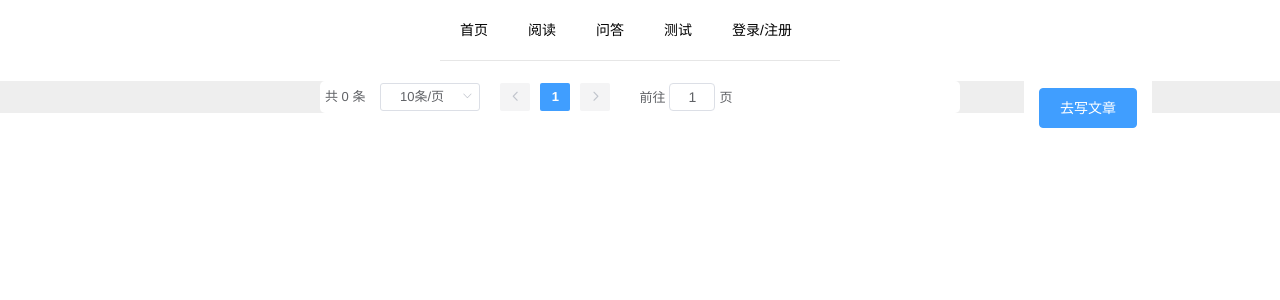
Repository: shengligo/xyx_vue_v1
Page: /read
An editor plug-in stored every save of this project. The page is shown before and after the next save, followed by the edit.
The browser window is 1280 px wide. The pictures show the whole page.
The page's requests for data from a server got no answer. The project was rebuilt for these pictures with package versions that can differ from the ones it lists, and the page was loaded fresh each time. No one was signed in, and anything a server would have sent is missing. Also part of the build but not shown: vue.config.js, src/views/home/childComps/Art.vue, src/views/author/authors.vue.

Above is the page before, as saved 2021-09-04 14:36:51.

### public/index.html
<!DOCTYPE html>
<html lang="">
  <head>
    <meta charset="utf-8">
    <meta http-equiv="X-UA-Compatible" content="IE=edge">
    <meta name="viewport" content="width=device-width,initial-scale=1.0">
    <link rel="icon" href="<%= BASE_URL %>favicon.ico">
    <title>project0000001</title>
  </head>
  <body>
    <noscript>
      <strong>We're sorry but <%= htmlWebpackPlugin.options.title %> doesn't work properly without JavaScript enabled. Please enable it to continue.</strong>
    </noscript>
    <div id="app"></div>
    <!-- built files will be auto injected -->
  </body>
</html>

### src/main.js
import Vue from 'vue'
import App from './App.vue'
import router from './router'
import store from './store'
import 'element-ui/lib/theme-chalk/index.css';
import axios from "axios";
axios.defaults.baseURL = "/api"; // http://10.1.2.85:8091/essay
axios.defaults.headers.common["Content-Type"] ="application/json;charset=UTF-8";
axios.defaults.withCredentials = true // 表示跨域请求时是否需要使用凭证
Vue.prototype.$ajax = axios;
import ElementUI from 'element-ui'

Vue.config.productionTip = false
Vue.use(ElementUI)

new Vue({
  router,
  store,
  render: h => h(App)
}).$mount('#app')

### src/App.vue
<template>
  <div id="app">
    <nav-bar ></nav-bar>
    <!-- <carousel></carousel> -->
    <!-- <art></art> -->


    <router-view></router-view>

  </div>
</template>
<script>

import NavBar from './components/common/NavBar'
import Art from '@/views/home/childComps/Art'
// import Carousel from '@/components/common/Carousel'


export default {
  name: "app",
  components:{
    NavBar,
    Art,




  }
};
</script>



<style>
@import url('assets/css/normalize.css');
#app{
  font-family: "Helvetica Neue",Helvetica,"PingFang SC","Hiragino Sans GB","Microsoft YaHei","微软雅黑",Arial,sans-serif;
}



</style>

### src/router/index.js

import Vue from 'vue'
import VueRouter from 'vue-router'
import Auther from '../views/author/authors.vue'

const Home = () => import('../views/home/Home')

const Question = () => import('../views/questions/Question')
const Read = () => import('../views/read/Read')
const Test = () => import('../views/testing/Test')
const Login = () => import('../components/common/login/Login')
const originalPush = VueRouter.prototype.push

VueRouter.prototype.push = function push(location) {
  return originalPush.call(this, location).catch(err => err)
}
// fksdljfkjdsjflsdjlfja
Vue.use(VueRouter)

const routes = [
  {
    path: '/',
    name: 'Home',
    component: Home
  },
  {
    path: '/auther',
    component: Auther
  },
  // {
  //   path: '/home',
  //   name: 'Home',
  //   component: Home
  // },

  {
    path:'/qs',
    name:'Qs',
    component:Question
  },
  {
    path:'/read',
    name:'Read',
    component:Read
  },
  {
    path:'/test',
    name:'Test',
    component:Test
  },
  {
    path:'/login',
    name:'Login',
    component:Login
  }
]

const router = new VueRouter({
  mode: 'history',
  base: process.env.BASE_URL,
  routes
})

export default router

### src/store/index.js
import Vue from 'vue'
import Vuex from 'vuex'

Vue.use(Vuex)

export default new Vuex.Store({
  state: {
    activeIndex:1
  },
  mutations: {
    ChangeActive (state,index) {
      // console.log(state,index)
      state.activeIndex = index
    }
  },
  actions: {
  },
  modules: {
  }
})

### src/components/common/NavBar.vue
<template>
  <div>
     <div class="nav">

       <el-menu
          :default-active="$store.state.activeIndex"
          class="el-menu-demo"
          mode="horizontal"
          text-color="#000000"
          active-text-color="#444444"
        >
          <el-menu-item index="1" @click="itemclick">首页</el-menu-item>
          <el-menu-item index="2" @click="itemclick2">阅读</el-menu-item>
          <el-menu-item index="3" @click="itemclick3">问答</el-menu-item>
          <el-menu-item index="4" @click="itemclick4">测试</el-menu-item>
          <el-menu-item index="5" @click="itemclick5">登录/注册</el-menu-item>
        </el-menu>

     </div>

  </div>
</template>

<script>


export default {

  name: "navbar",
  data() {
    return {
    }
  },
  methods:{
    itemclick(){
      console.log('itemclick');
      this.$router.push("/")
    },
    itemclick2(){
      this.$router.push("/read")
    },
    itemclick3(){
      this.$router.push("./qs")
    },
    itemclick4(){
      this.$router.push('./test')
    },
    itemclick5(){
      this.$router.push('/login')
    }

  },

};
</script>

<style scoped>
.nav{

  margin: 0 auto;
  /* background-color: rgba(217, 221, 221, 0.918);
   */
   /* background-color: #5880A9; */
  padding: 0;


}
.nav>.el-menu{
  width: 400px;
  margin: 0 auto;
  /* background-color: rgba(217, 221, 221, 0.918); */
}

</style>

### src/views/read/Read.vue
<template>
  <div id="box">
    <div id="article">
      <div
        class="list"
        v-for="(item, index) in fileList"
        :key="index"
        @click="goToUrl('ReadDetail', { id: item.id })"
      >
        <div class="list_l">
          <img :src="item.faceUrl" alt="图片" v-if="item.faceUrl" />
        </div>
        <div class="list_r">
          <div class="list_r_t">
            <span>{{ item.title }}</span>
            <span class="sortName">{{ item.sortName }}</span>
          </div>
          <div class="list_r_m">{{ item.introduce }}</div>
          <div class="list_r_b">
            {{ item.createTime.substring(0, 10) }} | {{ item.author }}
          </div>
        </div>
      </div>
      <!-- <div v-html="htmltext" class="centerBody"></div> -->
      <!-- 分页 -->
      <el-pagination
        class="common-page-pagination"
        background
        :current-page="condition.pageNum"
        :page-sizes="[10, 20, 30, 50]"
        :page-size="condition.pageSize"
        layout="total, sizes, prev, pager, next, jumper"
        :total="total"
        @size-change="handleSizeChange"
        @current-change="handleCurrentChange"
      />
    </div>
    <div class="toWrite">
      <el-button type="primary" @click="gotoWrite">去写文章</el-button>
    </div>
  </div>
</template>

<script>
// import ArticleLi from "../home/childComps/ArticleLi";
import E from "wangeditor";
import qs from "qs"; // 引入qs模块，用来序列化post类型的数据，后面会提到

export default {
  name: "read",
  components: {
    // ArticleLi,
  },
  data() {
    return {
      fileList: [],
      total: 0,
      condition: {
        pageNum: 1,
        pageSize: 5
      },
      htmltext: "<p>用 JS 设置的内容</p><p>追加的内容</p>"
    };
  },
  mounted() {
    this.getEdits();
  },
  methods: {
    goToUrl(url, query = {}) {
      if (!url) {
        this.$toast("当前模块正在开发中\n敬请期待!");
      } else {
        this.$router.push({ path: url, query });
      }
    },
    handleSizeChange(val) {
      this.condition.pageSize = val;
      this.getEdits();
    },
    handleCurrentChange(val) {
      this.condition.pageNum = val;
      this.getEdits();
    },
    getEdit() {
      // const editor = new E('#div1')
      // 或者 const editor = new E( document.getElementById('div1') )

      //  const E = window.wangEditor
      this.editor = new E(document.getElementById("toolbar-container"));
      this.editor.create();
      this.editor.txt.html("<p>用 JS 设置的内容</p>"); // 重新设置编辑器内容
      this.editor.txt.append("<p>追加的内容</p>");
      console.log(this.editor.txt.html());
    },
    async getEdits(current) {
      if (current) {
        this.condition.pageNum = current;
      }
      var params = {
        pageNum: 1,
        pageSize: 10
      };
      // $ajax请求
      const url = "/essay/getEssayList";
      await this.$ajax
        .get(url, { params })
        .then(res => {
          const { data } = res;
          if (data.code === "000000") {
            console.log(data,'asdasd ');
            //this.$message.success('请求成功')
            this.fileList = data.data.results;
            this.total = data.data.totalRecord;
            var text = "";
            data.data.results.forEach(item => {
              text += item.content;
            });
            this.htmltext = text;
          } else {
            this.$message.error("暂无权限");
          }
        })
        .catch(() => {
          this.$message.error("网络异常");
        });
    },
    gotoWrite() {
      const adminname = window.sessionStorage.getItem('storeName') // 获取浏览器缓存值
      if(!adminname) this.$router.push({ path: 'write' }) // 页面跳转
      else {
        this.$router.push({ path: 'login' })
        this.$store.commit("ChangeActive",5);
        this.$message.error('请先登录！')
      }
    }
  }
};
</script>

<style scoped>
#box {
  width: 100%;
  height: 100%;
  margin: 0;
  padding: 0;
  background: #eee;
  position: relative;

}

#article {
  border-radius: 5px;
  width: 50%;
  margin: 0 auto;
  margin-top: 20px;
  margin-bottom: 20px;
  background: #fff;
}
.centerBody {
  width: 500px;
  margin: 0 auto;
}
.list {
  display: flex;
  width: 80%;
  height: 100px;
  padding: 10px;
  margin: 0 auto;
  /* border: 1px solid pink; */
  margin-top: 10px;
}
.list_l {
  width: 100px;
  height: 100px;
  /* border: 1px solid pink; */
}
img {
  width: 100%;
  height: 100%;
}
.list_r {
  margin-top: 10px;
  margin-left: 30px;
  width: 90%;
  height: 100px;
  /* border: 1px solid pink; */
}
.list_r_t {
  margin: 5px;
  height: 20px;
  line-height: 20px;
  font-size: 18px;
  font-weight: 700;
  /* border: 1px solid pink; */
}
.sortName {
  float: right;
  width: 80px;
  height: 25px;
  line-height: 25px;
  font-size: 14px;
  color: #666;
  font-weight: 400;
  border-radius: 8px;
  background-color: #f1f5f9;
  text-align: center;
  /* border: 1px solid pink; */
}
.list_r_m {
  margin: 0 5px 5px;
  font-size: 14px;
  color: #666;
  font-weight: 400;
}
.list_r_b {
  margin: 0 5px;
  height: 20px;
  line-height: 20px;
  font-size: 16px;
  color: #666;
  font-weight: 400;
}

/* table 样式 */
table {
  border-top: 1px solid #ccc;
  border-left: 1px solid #ccc;
}
table td,
table th {
  border-bottom: 1px solid #ccc;
  border-right: 1px solid #ccc;
  padding: 3px 5px;
}
table th {
  border-bottom: 2px solid #ccc;
  text-align: center;
}

/* blockquote 样式 */
blockquote {
  display: block;
  border-left: 8px solid #d0e5f2;
  padding: 5px 10px;
  margin: 10px 0;
  line-height: 1.4;
  font-size: 100%;
  background-color: #f1f1f1;
}

/* code 样式 */
code {
  display: inline-block;
  *display: inline;
  *zoom: 1;
  background-color: #f1f1f1;
  border-radius: 3px;
  padding: 3px 5px;
  margin: 0 3px;
}
pre code {
  display: block;
}

/* ul ol 样式 */
ul,
ol {
  margin: 10px 0 10px 20px;
}

.toWrite{
  display: flex;
  position: fixed;
  height: 10%;
  width: 10%;
  top: 10%;
  right: 10%;
  background-color: #fff;
  border-radius: 5px;
  align-items: center;
  justify-content: center;

}
</style>

Loaded but not shown: src/assets/css/normalize.css (library)

After the next save:
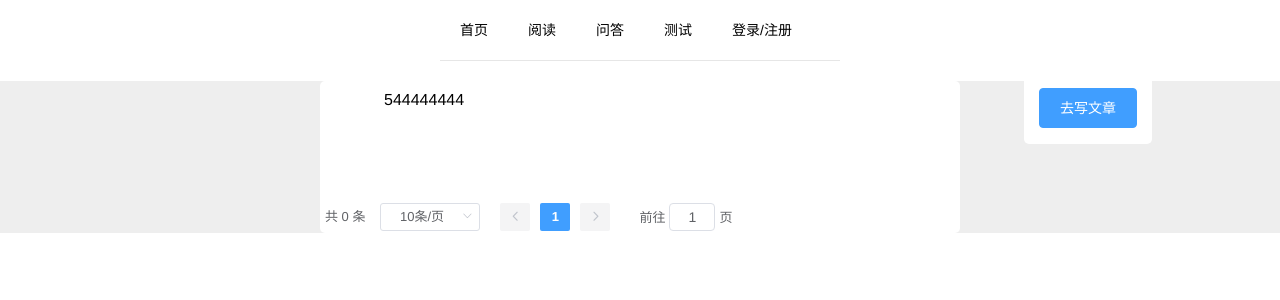
Saved 82 s later.
--- a/src/views/read/Read.vue
+++ b/src/views/read/Read.vue
@@ -1,6 +1,9 @@
 <template>
   <div id="box">
     <div id="article">
+      <div class="list" v-if="!fileList.length">
+        544444444
+      </div>
       <div
         class="list"
         v-for="(item, index) in fileList"
